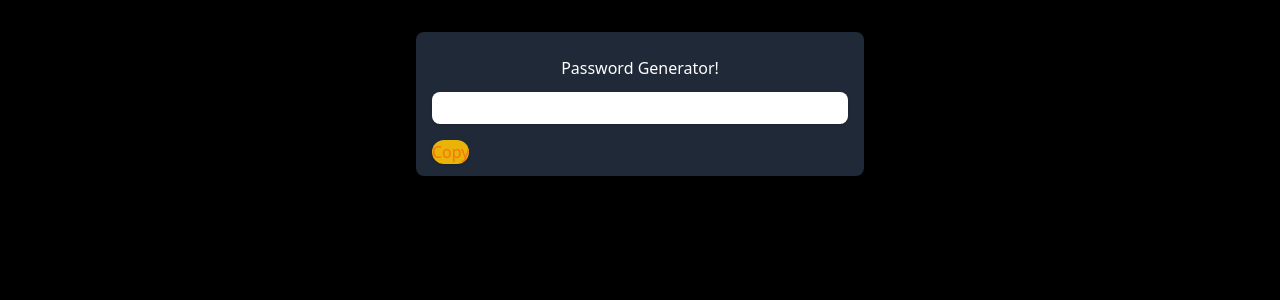
Repository: tirth2014/chai-aur-react
Page: / (app in 05_password-generator/)
These files come from the project's save history. The page is drawn as it stood at one moment and after the next save; the edit follows.
The browser window is 1280 px wide. The pictures show the whole page.
The project was rebuilt for these pictures with package versions that can differ from the ones it lists, and the page was loaded fresh each time. Also part of the build but not shown: 05_password-generator/vite.config.js.

Above is the page before, as saved 2023-10-07 16:43:49.

After the next save:
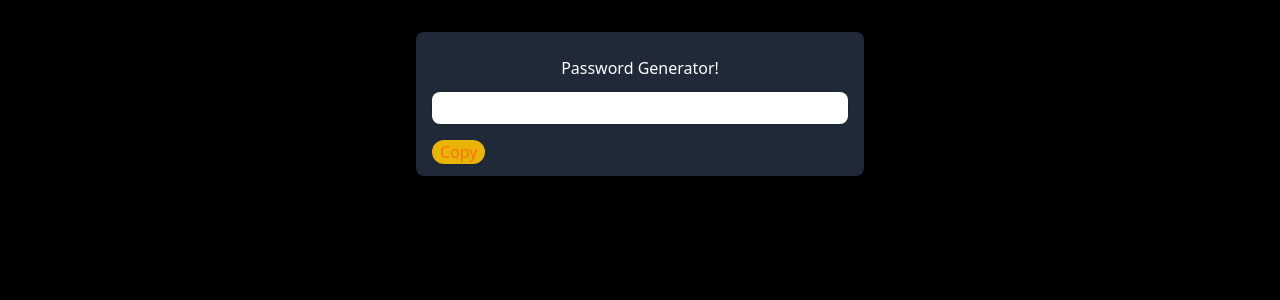
Saved 8 s later.
--- a/05_password-generator/src/App.jsx
+++ b/05_password-generator/src/App.jsx
@@ -20,7 +20,7 @@ function App() {
           className='outline-none w-full py-1 px-3'
           />
         </div>
-        <button className='shadow bg-yellow-500 rounded-xl'>Copy</button>
+        <button className='shadow bg-yellow-500 rounded-xl px-2'>Copy</button>
       </div>
     </>
   )
